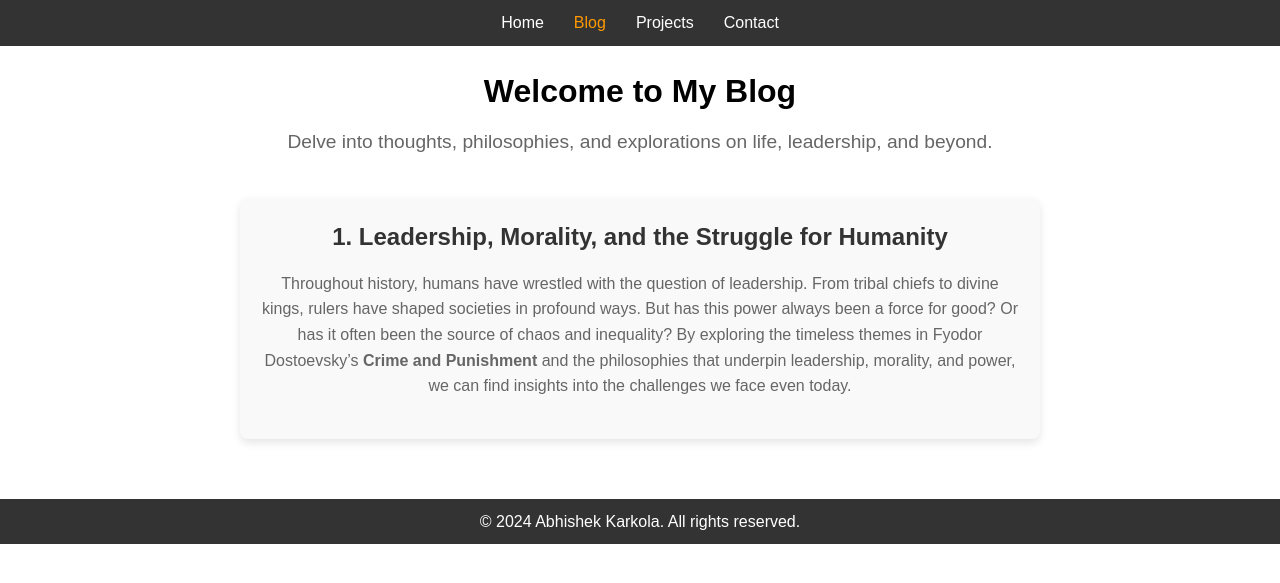
Repository: APersonalVoyage/APersonalVoyage.github.io
Page: blog.html
These files come from the project's save history. The page is drawn as it stood at one moment and after the next save; the edit follows.
The browser window is 1280 px wide. The pictures show the whole page.

Above is the page before, as saved 2024-11-17 17:52:41.

### blog.html
<!DOCTYPE html>
<html lang="en">
<head>
  <meta charset="UTF-8">
  <meta name="viewport" content="width=device-width, initial-scale=1.0">
  <title>Blog - Abhishek Karkola</title>
  <link rel="stylesheet" href="blog.css">
</head>
<body>
  <header>
    <nav>
      <ul class="nav-links">
        <li><a href="index.html" class="nav-link">Home</a></li>
        <li><a href="blog.html" class="nav-link active">Blog</a></li>
        <li><a href="#projects" class="nav-link">Projects</a></li>
        <li><a href="#contact" class="nav-link">Contact</a></li>
      </ul>
    </nav>
  </header>

  <main>
    <section id="blog" class="blog-section-container">
      <div class="blog-header">
        <h1 class="title">Welcome to My Blog</h1>
        <p class="section__text">Delve into thoughts, philosophies, and explorations on life, leadership, and beyond.</p>
      </div>

      <div class="blog-containers">
        <!-- Blog Post 1 -->
        <article class="blog-details">
          <h2 class="project-title">
            <a href="blog_post_1.html" class="blog-link">1. Leadership, Morality, and the Struggle for Humanity</a>
          </h2>
          <p class="blog-summary">
            Throughout history, humans have wrestled with the question of leadership. From tribal chiefs to divine kings, rulers have shaped societies in profound ways. But has this power always been a force for good? Or has it often been the source of chaos and inequality? By exploring the timeless themes in Fyodor Dostoevsky’s <b>Crime and Punishment</b> and the philosophies that underpin leadership, morality, and power, we can find insights into the challenges we face even today.
          </p>
        </article>
      </div>
    </section>
  </main>

  <footer>
    <p>&copy; 2024 Abhishek Karkola. All rights reserved.</p>
  </footer>
</body>
</html>

### blog.css
/* General reset and layout */
* {
  margin: 0;
  padding: 0;
  box-sizing: border-box;
}

body {
  font-family: Arial, sans-serif;
  line-height: 1.6;
}

header {
  background-color: #333;
  padding: 10px 0;
}

.nav-links {
  display: flex;
  justify-content: center;
  list-style: none;
}

.nav-link {
  color: white;
  text-decoration: none;
  padding: 0 15px;
}

.nav-link:hover,
.nav-link.active {
  color: #ff9900;
}

/* Main section styling */
.blog-section-container {
  padding: 20px;
  text-align: center;
}

.blog-header {
  margin-bottom: 40px; /* Adds space between title and blog post */
}

.title {
  font-size: 2rem;
  margin-bottom: 10px; /* Space below title */
}

.section__text {
  font-size: 1.2rem;
  color: #666;
  margin-bottom: 40px;
}

.blog-containers {
  display: flex;
  flex-direction: column;
  align-items: center; /* Aligns blog posts to the center */
  gap: 30px; /* Space between posts */
}

.blog-details {
  background-color: #f9f9f9;
  padding: 20px;
  width: 80%; /* Makes sure the blog posts aren't too wide */
  max-width: 800px; /* Limits the maximum width */
  border-radius: 8px;
  box-shadow: 0 4px 8px rgba(0, 0, 0, 0.1);
}

.project-title {
  font-size: 1.5rem;
  margin-bottom: 15px;
}

.blog-link {
  text-decoration: none;
  color: #333;
}

.blog-link:hover {
  color: #ff9900; /* Highlight on hover */
}

.blog-summary {
  font-size: 1rem;
  color: #666;
  line-height: 1.6;
  margin-bottom: 20px;
}

/* Footer Styling */
footer {
  background-color: #333;
  color: white;
  text-align: center;
  padding: 10px 0;
  margin-top: 40px;
}

After the next save:
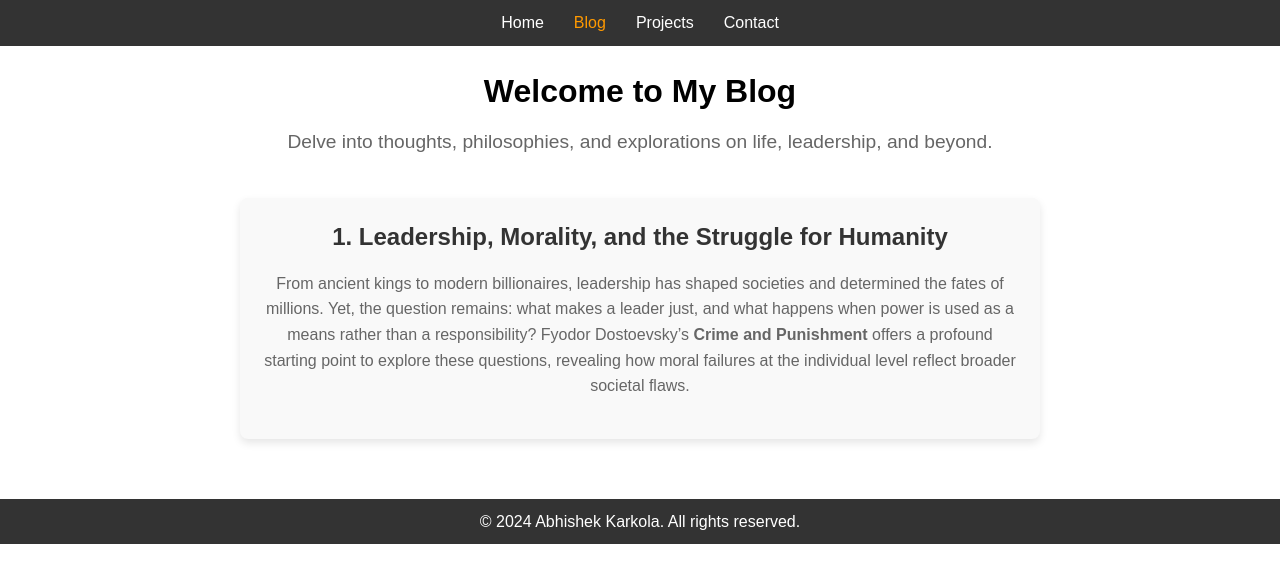
Saved 18 s later.
--- a/blog.html
+++ b/blog.html
@@ -32,7 +32,7 @@
             <a href="blog_post_1.html" class="blog-link">1. Leadership, Morality, and the Struggle for Humanity</a>
           </h2>
           <p class="blog-summary">
-            Throughout history, humans have wrestled with the question of leadership. From tribal chiefs to divine kings, rulers have shaped societies in profound ways. But has this power always been a force for good? Or has it often been the source of chaos and inequality? By exploring the timeless themes in Fyodor Dostoevsky’s <b>Crime and Punishment</b> and the philosophies that underpin leadership, morality, and power, we can find insights into the challenges we face even today.
+            From ancient kings to modern billionaires, leadership has shaped societies and determined the fates of millions. Yet, the question remains: what makes a leader just, and what happens when power is used as a means rather than a responsibility? Fyodor Dostoevsky’s <b>Crime and Punishment</b> offers a profound starting point to explore these questions, revealing how moral failures at the individual level reflect broader societal flaws.
           </p>
         </article>
       </div>
